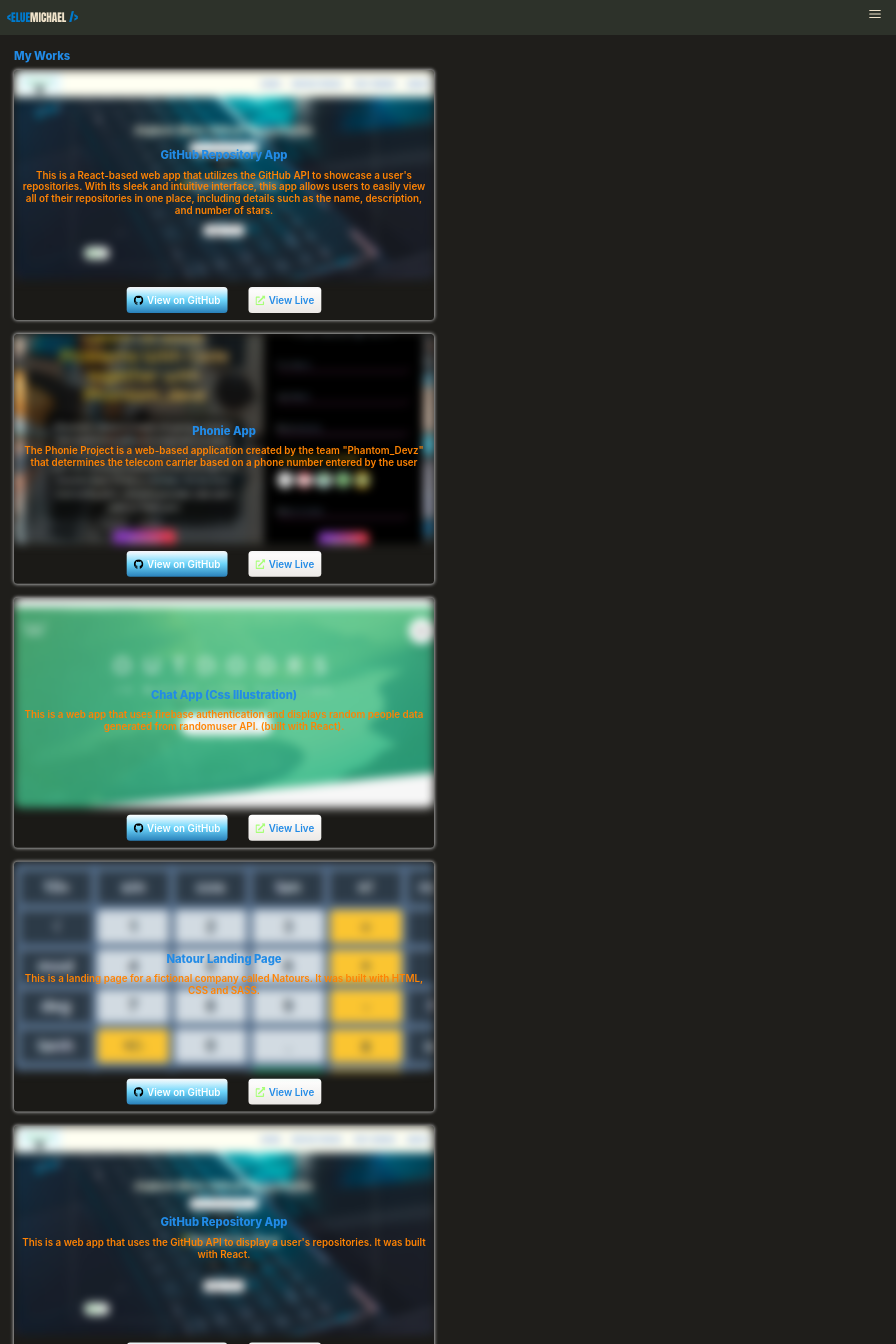
Repository: MikkyPrestige/portfolio
Page: /projects
These files come from the project's save history. The page is drawn as it stood at one moment and after the next save; the edit follows.
The browser window is 1280 px wide. The pictures show the part of the page from y = 0 to 1920 px (the page is 5001 px tall), at 70% of full size.
The project was rebuilt for these pictures with package versions that can differ from the ones it lists, and the page was loaded fresh each time. Also part of the build but not shown: src/components/avatar.jsx, src/components/home.jsx, src/components/about.jsx, src/components/fallback.jsx.

Above is the page before, as saved 2023-02-21 19:40:08.

### public/index.html
<!DOCTYPE html>
<html lang="en">
  <head>
    <meta charset="utf-8" />
    <link rel="icon" href="%PUBLIC_URL%/favicon.ico" />
    <meta name="viewport" content="width=device-width, initial-scale=1" />
    <meta name="theme-color" content="#000000" />
    <meta
      name="description"
      content="Web site created using create-react-app"
    />
    <link rel="apple-touch-icon" href="%PUBLIC_URL%/logo192.png" />
    <!--
      manifest.json provides metadata used when your web app is installed on a
      user's mobile device or desktop. See https://developers.google.com/web/fundamentals/web-app-manifest/
    -->
    <link rel="manifest" href="%PUBLIC_URL%/manifest.json" />
    <!--
      Notice the use of %PUBLIC_URL% in the tags above.
      It will be replaced with the URL of the `public` folder during the build.
      Only files inside the `public` folder can be referenced from the HTML.

      Unlike "/favicon.ico" or "favicon.ico", "%PUBLIC_URL%/favicon.ico" will
      work correctly both with client-side routing and a non-root public URL.
      Learn how to configure a non-root public URL by running `npm run build`.
    -->
    <title>Elue Michael Portfolio</title>
  </head>
  <body>
    <noscript>You need to enable JavaScript to run this app.</noscript>
    <div id="root"></div>
    <!--
      This HTML file is a template.
      If you open it directly in the browser, you will see an empty page.

      You can add webfonts, meta tags, or analytics to this file.
      The build step will place the bundled scripts into the <body> tag.

      To begin the development, run `npm start` or `yarn start`.
      To create a production bundle, use `npm run build` or `yarn build`.
    -->
  </body>
</html>

### src/assets/styles/sass/main.scss
@import 'abstracts/variables';
@import 'base/utilities';
@import 'base/base';
@import 'layouts/header';
@import 'pages/home';
@import 'pages/about';
@import 'pages/projects';
@import 'base/animation';

// @media (prefers-reduced-motion: no-preference) {
//   .App-logo {
//     animation: App-logo-spin infinite 20s linear;
//   }
// }

// @keyframes App-logo-spin {
//   from {
//     transform: rotate(0deg);
//   }
//   to {
//     transform: rotate(360deg);
//   }
// }

### src/components/layout.jsx
import React from "react";
import { MdClose } from "react-icons/md";
import { FiMenu } from "react-icons/fi";
import { useState } from "react";
import { NavLink } from "react-router-dom";

const Layout = () => {
  return (
    <div>
      <LayoutSmall />
      <LayoutLarge />
    </div>
  );
};

const CustomNavLink = ({ to, ...props }) => {
  let activeStyle = {
    color: "var(--color--green)",
    textDecoration: "underline",
  };

  return (
    <NavLink
      to={to}
      style={({ isActive }) =>
        isActive ? activeStyle : { textDecoration: "none" }
      }
      {...props}
    />
  );
};

const LayoutSmall = () => {
  const [showMenu, setShowMenu] = useState(false);

  const toggleMenu = () => {
    setShowMenu(!showMenu);
  };

  const closeMenu = () => {
    setShowMenu(false);
  };

  return (
    <div className="layout layout--small">
      <header className="layout--header">
        <div className="layout--header__title">
          <h1 className="layout--header__title__content">
            <span className="layout--header__title__content__span">{"<"}</span>
            <span className="layout--header__title__content__span--2">
              ELUE
            </span>
            MICHAEL{" "}
            <span className="layout--header__title__content__span">{"/>"}</span>
          </h1>
        </div>
        <nav className="layout--menu">
          <button className="layout--menu__button" onClick={toggleMenu}>
            {showMenu ? <MdClose /> : <FiMenu />}
          </button>
          <div className={`layout--menu__content ${showMenu ? "show" : ""}`}>
            <ul className="layout--menu__content__list">
              <li>
                <CustomNavLink
                  to="/"
                  onClick={closeMenu}
                  className="layout--menu__content__list__item"
                >
                  <span>#</span>Home
                </CustomNavLink>
              </li>
              <li>
                <CustomNavLink
                  to="/about"
                  onClick={closeMenu}
                  className="layout--menu__content__list__item"
                >
                  <span>#</span>About me
                </CustomNavLink>
              </li>
              <li>
                <CustomNavLink
                  to="/projects"
                  onClick={closeMenu}
                  className="layout--menu__content__list__item"
                >
                  <span>#</span>Projects
                </CustomNavLink>
              </li>
              <li>
                <CustomNavLink
                  to="/contact"
                  onClick={closeMenu}
                  className="layout--menu__content__list__item"
                >
                  <span>#</span>Contact
                </CustomNavLink>
              </li>
            </ul>
          </div>
        </nav>
      </header>
    </div>
  );
};

const LayoutLarge = () => {
  return (
    <div className="layout layout--large">
      <header className="layout--header">
        <div className="layout--title">
          <h1 className="layout--title__content">
            <span className="layout--title__content__span">{"<"}</span>
            <span className="layout--header__title__content__span--2">
              ELUE
            </span>
            MICHAEL<span className="layout--title__content__span">{"/>"}</span>
          </h1>
        </div>
        <div className="layout--menu">
          <ul className="layout--menu__list">
            <li className="layout--menu__list__item">
              <CustomNavLink to="/">Home</CustomNavLink>
            </li>
            <li className="layout--menu__list__item">
              <CustomNavLink to="/about">About me</CustomNavLink>
            </li>
            <li className="layout--menu__list__item">
              <CustomNavLink to="/projects">Projects</CustomNavLink>
            </li>
            <li className="layout--menu__list__item">
              <CustomNavLink to="/contact">Contact</CustomNavLink>
            </li>
          </ul>
        </div>
      </header>
    </div>
  );
};

export { Layout, LayoutSmall, LayoutLarge };

### src/assets/styles/sass/abstracts/_variables.scss
:root {
  --color-primary: #cc4600;
  --color-secondary: #bb45cb;
  --color-tertiary: #eefff8;

  // MARK UP
  --color--markup: #FF8303;
  // TEXT
  --color--text: #F0E3CA;

  // BACKGROUND
  --color--bg: #2D322A;
  --color--bg-light: #242320;
  --color--bg-dark: #1B1A17;
  --color--bg-dark-2: #1F1E1B;
  //DARK
  --color--dark: rgba(22, 22, 22, 1);
  --color--dark-1: rgba(34, 34, 34, 1);
  --color--dark-2: rgba(45, 45, 45, 1);
  --color--dark-3: rgba(51, 51, 51, 1);
  --color--dark-4: rgba(189, 189, 189, 1);
  //WHITE
  --color--white: rgba(255, 255, 255, 1);
  --color--white-1: rgba(240, 227, 202, 1);
  --color--white-2: #ece9e6;
  --color--white-op: rgba(240, 227, 202, 0.76);

  // GRAY
  --color--gray: #ABB2BF;

  --light-blue: rgba(97, 218, 251, 1);
  --light-blue--1: #3bc9db;
  --light-blue--2: #6dd5fa;
  --dark-blue: rgba(0, 122, 204, 1);
  --dark-blue--1: #2980b9;
  --blue-cyan: #228be6;
  --dark-blue-op: rgba(6, 6, 7, 0.82);

  --color--green: rgba(131, 205, 41, 1);

  //Font size
  --font-size: 1rem;
  --font-size--small: 1.2rem;
  --font-size--medium: 1.4rem;
  --font-size--large: 1.6rem;
  --font-size--x-large: 1.8rem;
  --font-size--xx-large: 2rem;
  // ICON FONTS
  --font-size--icon: 3rem;
  --font-size--icon-1: 3.5rem;
  --font-size--icon-2: 4rem;


  //Font family
  --font-family: 'Roboto', sans-serif;
  --font--family--primary: 'Inter', sans-serif;
  --font-family--secondary: 'Inconsolata', monospace;
  --font-family--tertiary: 'Impact', sans-serif;
  --font-family--2: 'Fira Code', monospace;

  // FONT WEIGHT
  --font-weight--light: 300;
  --font-weight--regular: 400;
  --font-weight--medium: 600;
  --font-weight--bold: 800;
  --font-weight--boldest: 900;
}

### src/assets/styles/sass/base/_utilities.scss
.github-link-bg {
  background: linear-gradient(to top, var(--dark-blue--1), var(--light-blue--2), var(--color--white));
}

.live-link-bg {
  background: linear-gradient(to top, var(--color--white-2), var(--color--white));
}

.blue-markup {
  color: var(--blue-cyan) !important;
}

### src/assets/styles/sass/base/_base.scss
*,
*::after,
*::before {
  margin: 0;
  padding: 0;
  box-sizing: border-box;
}

html {
  font-size: 62.5%;
  font-family: var(--font-family);
  color: var(--color-white);
  background-color: var(--color--bg);
}

::selection {
  background-color: var(--color-primary);
  color: var(--color-white);
}

### src/assets/styles/sass/layouts/_header.scss
.layout {
  width: 100%;
  height: 5rem;

  &--header {
    display: flex;
    justify-content: space-between;
    align-items: center;
    padding: 1rem;

    &__title {
      text-align: center;

      &__content {
        color: var(--color--text);
        font-family: var(--font-family--tertiary);
        font-size: var(--font-size--large);
        font-weight: var(--font-weight--regular);
        position: absolute;
        z-index: 1000;

        &__span {
          color: var(--dark-blue);
          font-size: var(--font-size--x-large);

          &--2 {
            color: var(--dark-blue);
          }
        }
      }
    }
  }

  &--menu {
    position: relative;

    &__button {
      position: fixed;
      top: 1rem;
      right: 2rem;
      z-index: 10;
      background-color: var(--color--bg);
      color: var(--color--text);
      border: none;
      font-size: var(--font-size--xx-large);
      font-weight: var(--font-weight--bold);
      cursor: pointer;
    }

    &__content {
      position: fixed;
      top: 0;
      right: 0;
      width: 0;
      max-width: 100%;
      height: 85%;
      background-color: var(--color--bg-dark);
      z-index: 5;
      overflow: hidden;

      &.show {
        width: 100%;
        transition: all 1s ease-in-out;
        -webkit-transition: all 1s ease-in-out;
        -moz-transition: all 1s ease-in-out;
        -ms-transition: all 1s ease-in-out;
        -o-transition: all 1s ease-in-out;
      }

      &__list {
        list-style: none;
        display: flex;
        flex-direction: column;
        justify-content: center;
        align-items: center;
        gap: 5rem;
        padding: 0;
        margin-top: 8rem;

        &__item {
          color: var(--dark-blue);
          font-family: var(--font-family--secondary);
          font-size: var(--font-size--large);
          font-weight: var(--font-weight--bold);
          font-style: normal;
          text-transform: capitalize;
          cursor: pointer;
          transition: all 1s ease-in-out;
          -webkit-transition: all 1s ease-in-out;
          -moz-transition: all 1s ease-in-out;
          -ms-transition: all 1s ease-in-out;
          -o-transition: all 1s ease-in-out;

          &:hover,
          &:active {
            color: var(--color--text);
          }

          span {
            color: var(--color--white-1);
          }
        }
      }
    }
  }


  &--large {
    display: none;
  }
}

### src/assets/styles/sass/pages/home.scss
.home {
  width: 100%;
  height: 100vh;
  background: radial-gradient(100% 100% at 50% 100%, var(--color--bg-dark-2) 21.52%, var(--color--bg-dark) 100%);

  &--contents {
    display: flex;
    flex-direction: column;
    justify-content: center;
    align-items: center;
    padding: 3rem 5rem;
    gap: 3rem;
  }

  &--content {
    display: flex;
    flex-direction: column;
    align-items: flex-start;
    padding: 0;
    gap: .5rem;

    &__title {
      font-family: var(--font-family--secondary);
      font-size: var(--font-size--x-large);
      font-weight: var(--font-weight--boldest);
      color: var(--dark-blue);
    }

    &__subtitle {
      font-family: var(--font-family--secondary);
      font-size: var(--font-size--large);
      font-weight: var(--font-weight--bold);
      color: var(--color--text);
    }

    &__desc {
      font-family: var(--font-family--secondary);
      font-size: var(--font-size--small);
      font-weight: var(--font-weight--regular);
      color: var(--color--white-1);
    }
  }

  &--avatar {
    border-radius: 5%;
    -webkit-border-radius: 5%;
    -moz-border-radius: 5%;
    -ms-border-radius: 5%;
    -o-border-radius: 5%;
    background-image: radial-gradient(circle, var(--blue-cyan) 5%, var(--light-blue--1) 95%);
  }
}

### src/assets/styles/sass/pages/_about.scss
.about {
  width: 100%;
  height: 100%;
  background-color: var(--color--bg-dark-2);
  color: var(--color--gray);

  &--wrapper {
    display: flex;
    flex-direction: column;
    justify-content: center;
    align-items: center;
    gap: 1rem;
  }

  &--desc {
    padding: 5rem;
    display: flex;
    flex-direction: column;
    justify-content: center;
    align-items: center;
    gap: 5rem;
  }

  &--img {
    position: relative;

    &__content1 {
      width: 3rem;
      height: 3rem;
      position: absolute;
      top: 0;
      left: 0;
      background: var(--dark-blue);
      transform: rotate(51.88deg);
    }

    &__content2 {
      width: 3rem;
      height: 3rem;
      position: absolute;
      top: 0;
      left: 0;
      background: var(--color--white-op);
    }
  }

  &--content {
    display: flex;
    flex-direction: column;
    justify-content: center;
    align-items: flex-start;
    gap: 2rem;
    font-family: var(--font-family--2);

    &__title {
      line-height: 2;

      &__head {
        font-size: var(--font-size--x-large);
        font-weight: var(--font-weight--medium);
      }

      &__span {
        color: var(--dark-blue);
      }

      &__subhead {
        font-size: var(--font-size--medium);
        font-weight: var(--font-weight--regular);
      }
    }

    &__text {
      padding-left: 3rem;
      line-height: 1.5;
      color: var(--color--text);

      &__head {
        font-size: var(--font-size--large);
        font-weight: var(--font-weight--regular);

        &__name {
          color: var(--blue-cyan);
          font-weight: var(--font-weight--medium);
        }
      }

      &__desc {
        font-size: var(--font-size--small);
        font-weight: var(--font-weight--regular);
      }
    }
  }

  &--skills {
    display: flex;
    flex-direction: column;
    justify-content: center;
    align-items: center;
    gap: 2rem;

    &__title__head {
      font-size: var(--font__title -size--x-large);
      font-weight: var(--font-weight--medium);
      color: var(--dark-blue);
      text-transform: capitalize;
    }

    &__icon {
      font-size: var(--font-size--medium);
      color: var(--color--white-1);
    }

    &__content {
      display: flex;
      flex-direction: column;
      align-items: flex-start;
      gap: 2rem;
      padding: 0;
      width: 100%;

      &__items {
        display: grid;
        grid-template-columns: repeat(2, 1fr);
        gap: 2rem 5rem;
        width: 100%;
        padding: 1rem 3rem;
        border-radius: 1rem;
        background-color: var(--color--bg-dark);

        &__card {
          display: flex;
          flex-direction: column;
          justify-content: center;
          align-items: center;
          padding: 1rem;
          width: 10rem;
          border-radius: 1rem;
          -webkit-border-radius: 1rem;
          -moz-border-radius: 1rem;
          -ms-border-radius: 1rem;
          -o-border-radius: 1rem;

          &__icon {
            font-size: var(--font-size--icon-2);
          }

          &__text {
            font-family: var(--font-family--secondary);
            font-size: var(--font-size--medium);
            font-weight: var(--font-weight--medium);
            color: var(--color--white-1);
          }
        }
      }
    }
  }
}

### src/assets/styles/sass/pages/_projects.scss
.project {
  padding: 2rem;
  background-color: var(--color--bg-dark-2);

  &--title {
    font-family: var(--font--family--secondary);
    font-size: var(--font-size--large);
    font-weight: var(--font-weight--bold);
    color: var(--blue-cyan);
    margin-bottom: 1rem;
  }

  &--wrapper {
    display: grid;
    grid-template-columns: repeat(1, 1fr);
    gap: 2rem;
    width: 100%;
  }

  &--card {
    background-color: var(--color--bg-dark);
    // margin: auto;
    padding: 1rem;
    border-radius: 0.5rem;
    box-shadow: 0 0 0.5rem 0.1rem var(--color--dark-4);
    transition: all 0.3s ease-in-out;
    position: relative;
    display: flex;
    flex-direction: column;
    justify-content: center;
    align-items: center;
    // height: 100%;
    max-width: 60rem;
    overflow-y: hidden;

    &:hover {
      transform: translateY(-0.5rem);
      box-shadow: 0 0 0.5rem 0.1rem var(--color--dark-4);
    }

    &__blur {
      position: absolute;
      top: 0;
      left: 0;
      width: 100%;
      height: 30rem;
      border-radius: 1rem;
      background-size: cover;
      background-position: center;
      background-repeat: no-repeat;
      filter: blur(0.7rem);
      //z-index: 1;

      &-1 {
        background-image: url(../../../images/repoApp.jpeg);
      }

      &-2 {
        background-image: url(../../../images/phonieApp.jpeg);
      }

      &-3 {
        background-image: url(../../../images/natours.jpeg);
      }

      &-4 {
        background-image: url(../../../images/calculator.jpeg);
      }

      &-5 {
        background-image: url(../../../images/repoApp.jpeg);
      }

      &-6 {
        background-image: url(../../../images/fylo.jpeg);
      }

      &-7 {
        background-image: url(../../../images/orderCard.jpeg);
      }

      &-8 {
        background-image: url(../../../images/phonyApp.jpeg);
      }

      &-9 {
        background-image: url(../../../images/ratingApp.jpeg);
      }

      &-10 {
        background-image: url(../../../images/chatAppCss.jpeg);
      }

      &-11 {
        background-image: url(../../../images/trillo.jpeg);
      }

      &-12 {
        background-image: url(../../../images/statsCard.jpeg);
      }

      &-13 {
        background-image: url(../../../images/phonyApp.jpeg);
      }

      &-14 {
        background-image: url(../../../images/shoebrand.jpeg);
      }
    }

    &__content {
      height: 30rem;
      width: 100%;
      display: flex;
      flex-direction: column;
      justify-content: center;
      align-items: center;
      gap: 1rem;
      position: relative;
      top: 0;
      left: 0;

      &__title {
        font-family: var(--font--family--secondary);
        font-size: var(--font-size--large);
        font-weight: var(--font-weight--bold);
        color: var(--blue-cyan);
      }

      &__desc {
        font-family: var(--font--family--secondary);
        font-size: var(--font-size--medium);
        font-weight: var(--font-weight--medium);
        color: var(--color--markup);
        text-align: center;
      }
    }

    &__links {
      display: flex;
      align-items: center;
      gap: 3rem;

      &__link {
        text-decoration: none;
        padding: 1rem;
        border-radius: 0.5rem;
        font-family: var(--font--family--secondary);
        font-size: var(--font-size--medium);
        font-weight: var(--font-weight--medium);
        color: var(--color--white);
        transition: all 0.3s ease-in-out;
        display: inline-flex;
        align-items: center;
        gap: .5rem;

        &:hover,
        &:focus {
          outline: none;
          animation: Heartbeat 1s infinite;
          -webkit-animation: Heartbeat 1s infinite;
}
      }
    }
  }
}

### src/assets/styles/sass/base/_animation.scss
//  INFINITE HEARTBEAT PAUSE ANIMATION

@keyframes Heartbeat {
  0% {
    transform: scale(1);
    -webkit-transform: scale(1);
    -moz-transform: scale(1);
    -ms-transform: scale(1);
    -o-transform: scale(1);
  }

  50% {
    transform: scale(1.05);
    -webkit-transform: scale(1.05);
    -moz-transform: scale(1.05);
    -ms-transform: scale(1.05);
    -o-transform: scale(1.05);
  }

  100% {
    transform: scale(1);
    -webkit-transform: scale(1);
    -moz-transform: scale(1);
    -ms-transform: scale(1);
    -o-transform: scale(1);
  }
}

Loaded but not shown: src/index.css (common file); src/reportWebVitals.js (common file); src/index.js (21 lines, source omitted); src/App.js (22 lines, source omitted); src/components/projects.jsx (437 lines, source omitted)

After the next save:
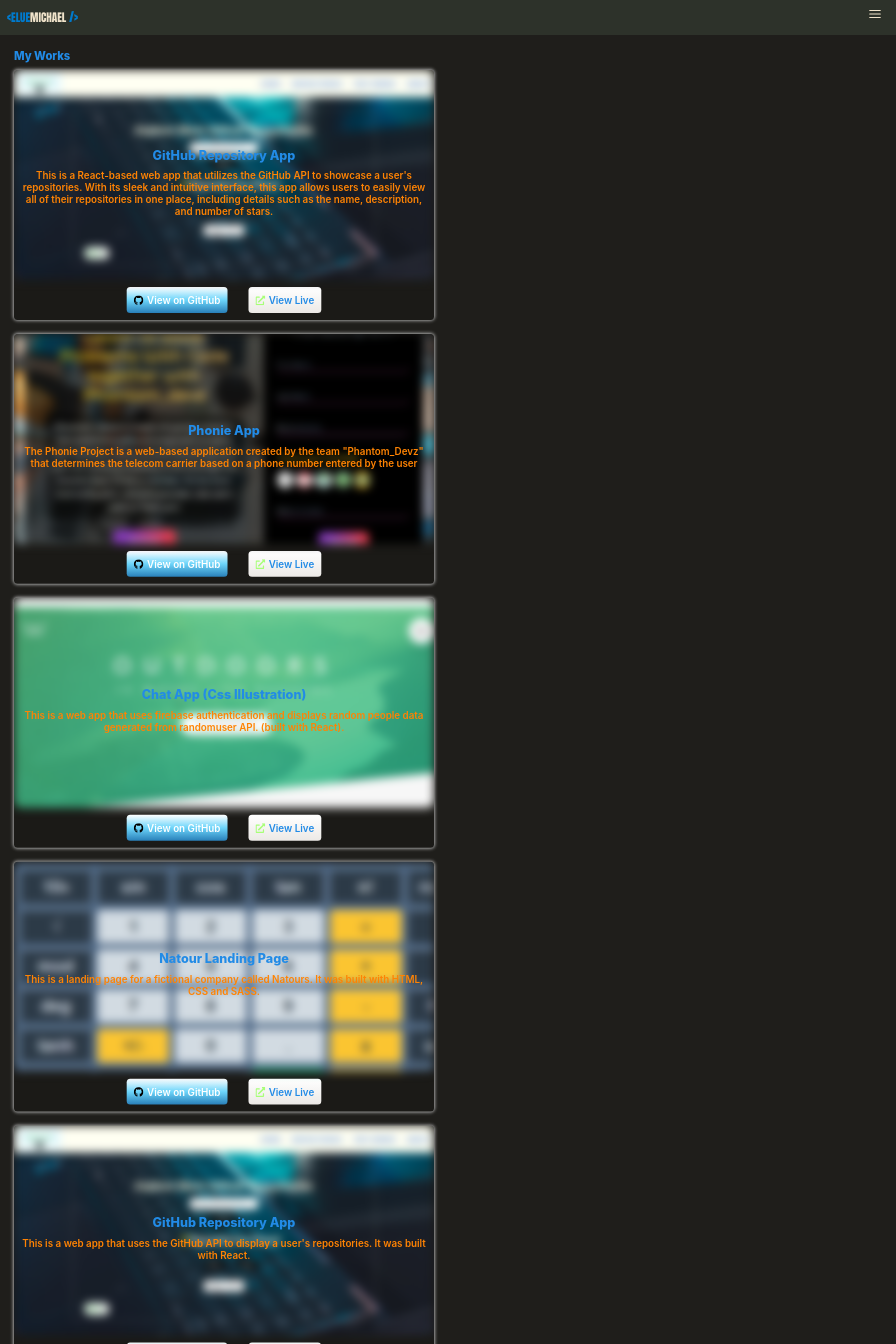
Saved 18 s later.
--- a/src/assets/styles/sass/pages/_projects.scss
+++ b/src/assets/styles/sass/pages/_projects.scss
@@ -122,7 +122,7 @@
 
       &__title {
         font-family: var(--font--family--secondary);
-        font-size: var(--font-size--large);
+        font-size: var(--font-size--x-large);
         font-weight: var(--font-weight--bold);
         color: var(--blue-cyan);
       }
